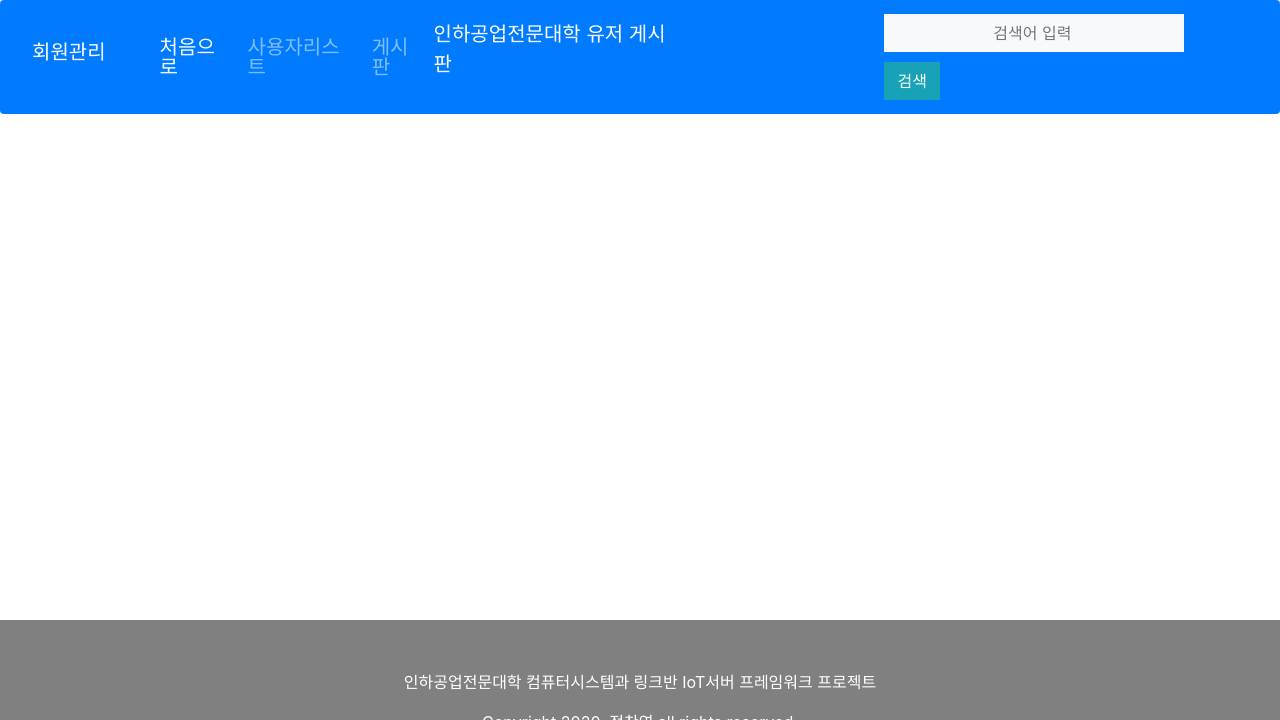
Repository: 201645032/IoTServerFrameWork
Page: http://localhost/layout/default
The author's editor kept a copy of each file at every save. The page is drawn from the files as they stood at one save, then again after the next save.
The browser window is 1280 px wide. The pictures show the whole page.
Some web fonts or font styles are not loaded; a fallback is used. The page is this project's Thymeleaf template; nobody is signed in. The template is opened directly, without the code that normally fills it, so the values that code supplies are empty.

Above is the page before, as saved 2020-06-11 05:43:28.

After the next save:
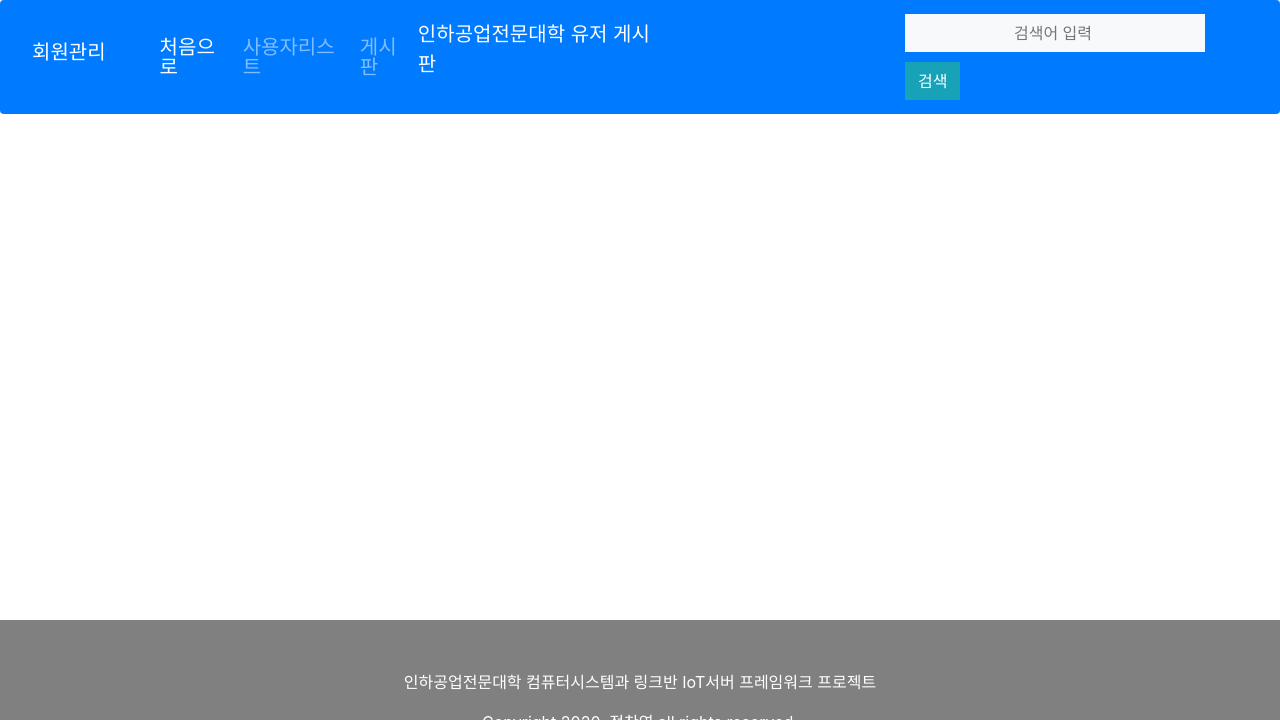
Saved 5 s later.
--- a/MyProject/src/main/resources/templates/layout/default.html
+++ b/MyProject/src/main/resources/templates/layout/default.html
@@ -23,7 +23,7 @@
 
 #title_main{
 text-align: left;
-margin-right: 200px;
+margin-right: 250px;
 }
 </style>
 
